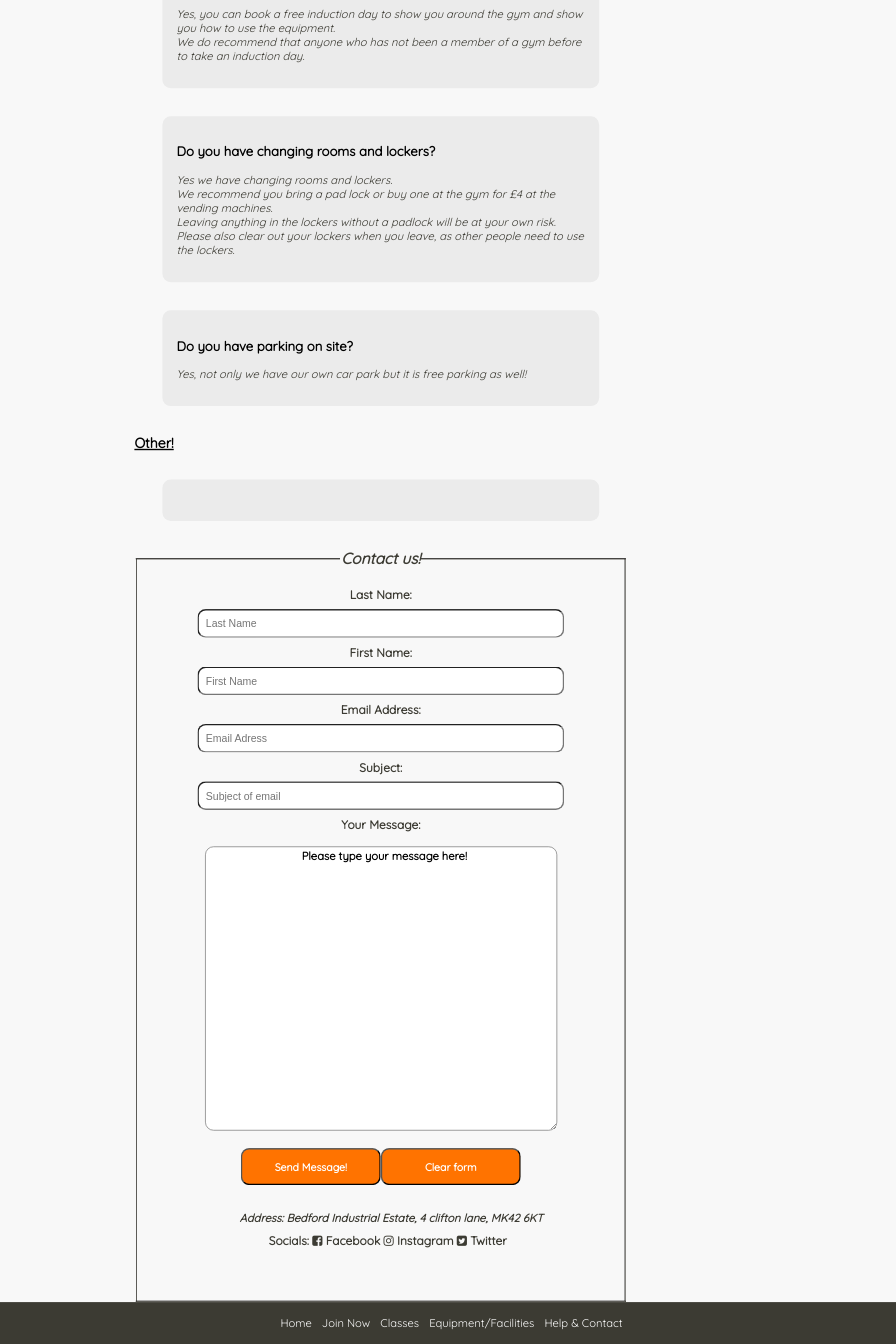
Repository: RicardoAzuul/the_fitness_hub
Page: help_and_contact.html
The author's editor kept a record of every edit. The page is drawn from the files as they stood at one moment, then again after the next edit.
The browser window is 1280 px wide. The pictures show the part of the page from y = 1263 to 3183 px (the page is 3183 px tall), at 70% of full size.
Some web fonts or font styles are not loaded; a fallback is used.

Above is the page before.

After the next edit:
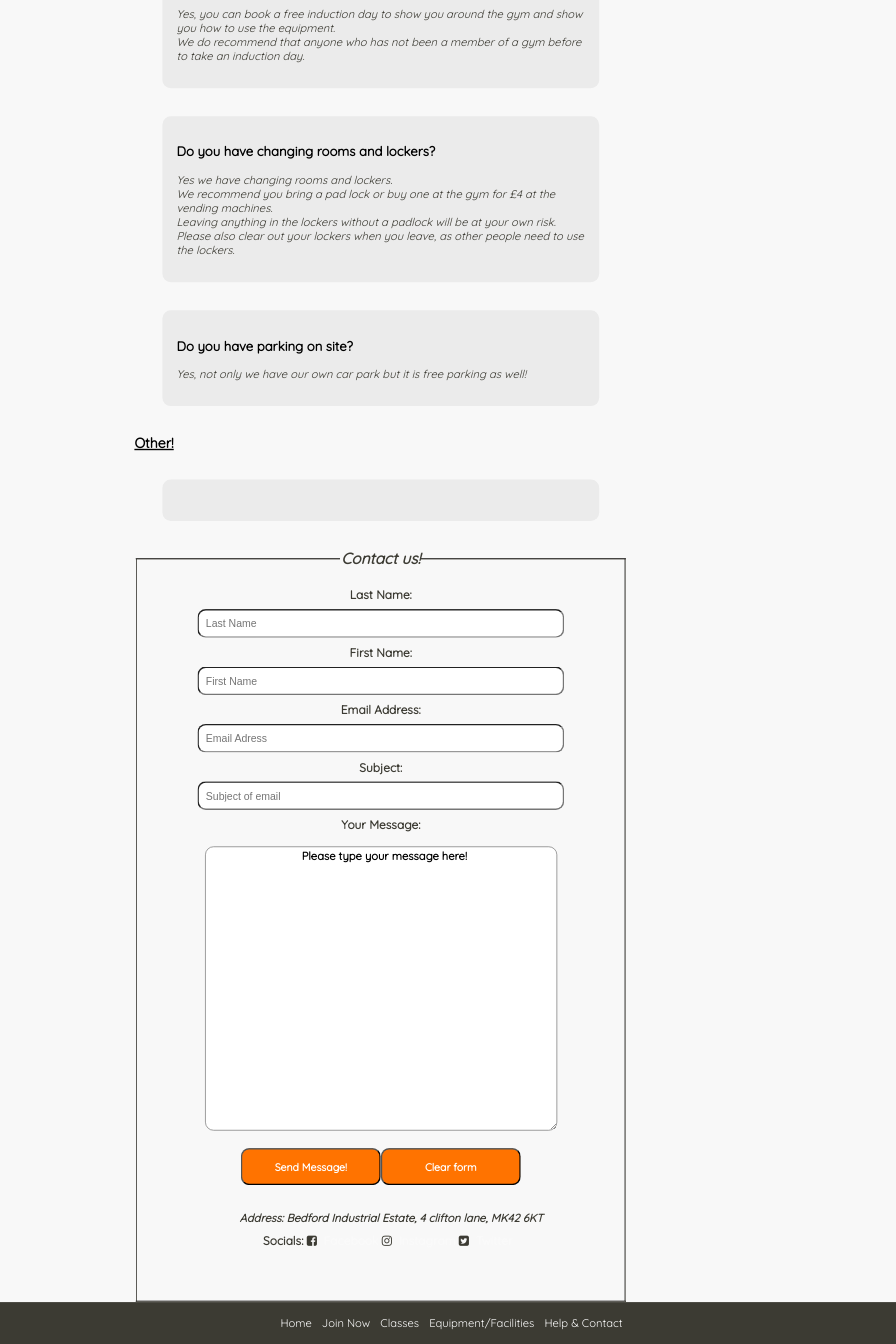
The edit:
--- a/help_and_contact.html
+++ b/help_and_contact.html
@@ -114,9 +114,9 @@
                     <p class="address_socials"><b>Address:</b> Bedford Industrial Estate, 4 clifton lane, MK42 6KT</p>
                     <div class="social">
                     <b>Socials:</b>
-                    <i class="fa fa-facebook-square"></i> Facebook
-                    <i class="fa fa-instagram"></i> Instagram
-                    <i class="fa fa-twitter-square"></i> Twitter
+                    <i class="fa fa-facebook-square"></i><a href="">Facebook</a>
+                    <i class="fa fa-instagram"></i><a href"">Instagram</a>
+                    <i class="fa fa-twitter-square"></i><a  href="">Twitter</a>
                     </div></p>
                 </fieldset>
             </form>
